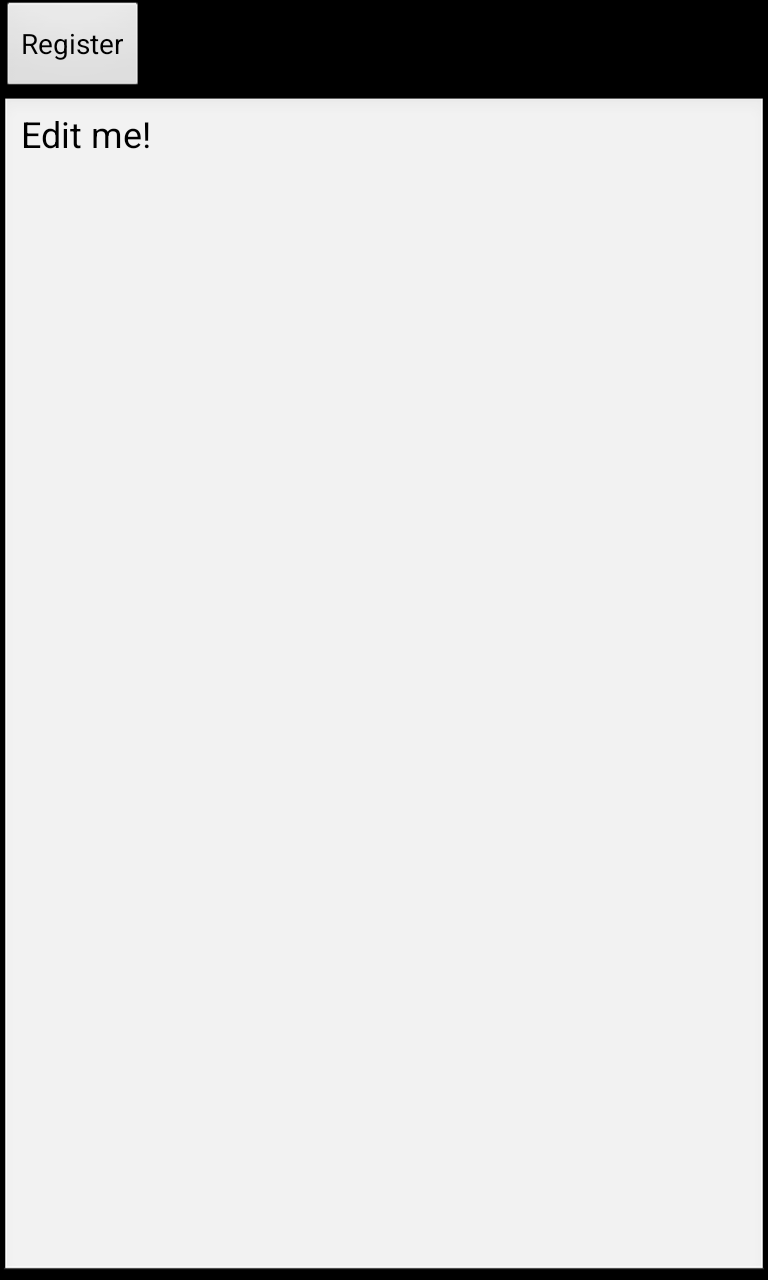
Repository: AjayTripathy/rice
Layout: android.rice.StickyNotesActivity/res/layout/main.xml
These files come from the project's save history. The layout is drawn as it stood at one moment and after the next save; the edit follows.
It is drawn on a 768 x 1280 px phone screen (xhdpi) without system bars, with theme android:Theme; the app's code is not run.

Above is the layout before, as saved 2012-07-22 08:46:55.

### android.rice.StickyNotesActivity/res/layout/main.xml
<?xml version="1.0" encoding="utf-8"?>
<LinearLayout xmlns:android="http://schemas.android.com/apk/res/android"
    android:orientation="vertical"
    android:layout_width="fill_parent"
    android:layout_height="fill_parent"
    >
    <LinearLayout android:layout_height="wrap_content" android:layout_width="match_parent" android:id="@+id/linearLayout1">
    </LinearLayout>

    <LinearLayout android:layout_height="wrap_content" android:layout_width="match_parent" android:id="@+id/linearLayout2">
        <Button android:layout_height="wrap_content" android:layout_width="wrap_content" android:id="@+id/get_tag_info" android:text="@string/get_tag_info"></Button>
    </LinearLayout>
<EditText android:layout_width="fill_parent" android:id="@+id/note" android:layout_height="fill_parent" android:gravity="top" android:text="@string/default_note_text"></EditText>
</LinearLayout>

### android.rice.StickyNotesActivity/res/values/strings.xml
<?xml version="1.0" encoding="utf-8"?>
<resources>
    <string name="hello">Hello World, StickyNotesActivity!</string>
    <string name="app_name">Rice!</string>
    <string name="write_to_tag">Write to Tag</string>
    <string name="default_note_text">Edit me!</string>
    <string name="get_tag_info">Register</string>
</resources>

After the next save:
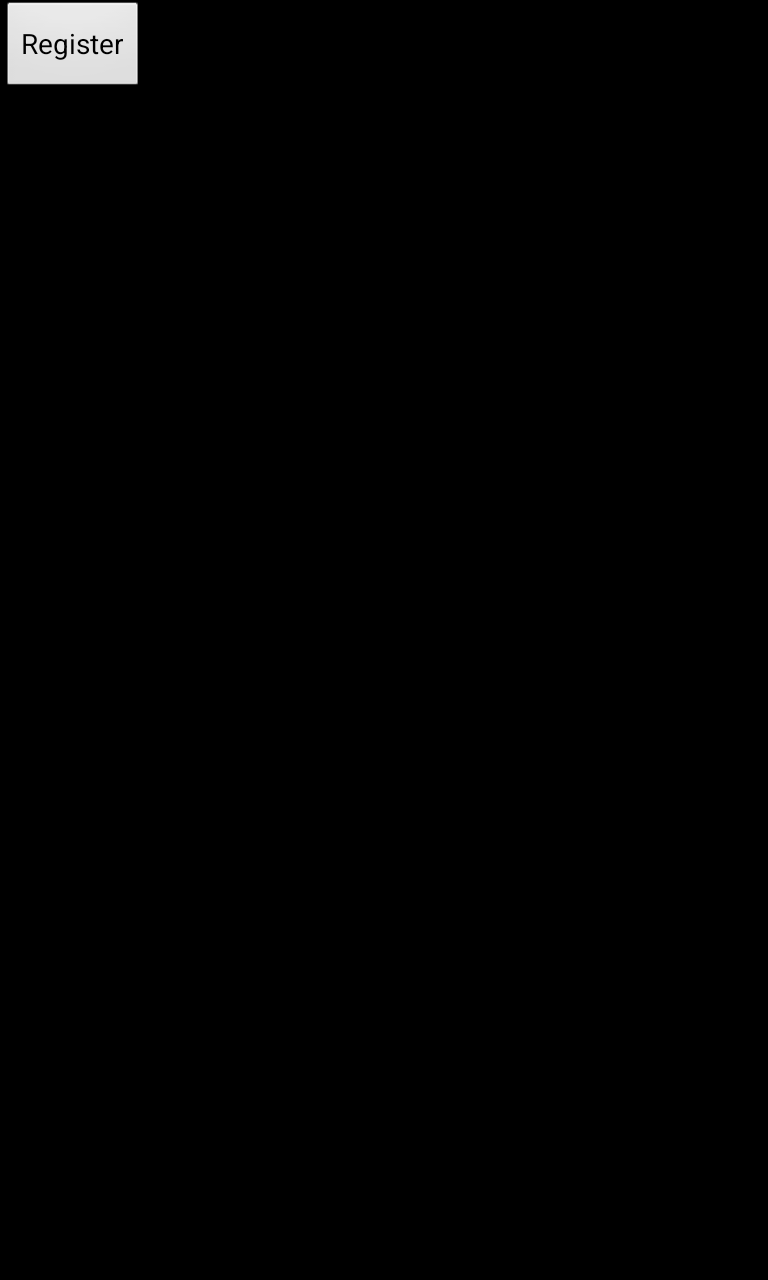
Saved 64 s later.
--- a/android.rice.StickyNotesActivity/res/layout/main.xml
+++ b/android.rice.StickyNotesActivity/res/layout/main.xml
@@ -10,5 +10,10 @@
     <LinearLayout android:layout_height="wrap_content" android:layout_width="match_parent" android:id="@+id/linearLayout2">
         <Button android:layout_height="wrap_content" android:layout_width="wrap_content" android:id="@+id/get_tag_info" android:text="@string/get_tag_info"></Button>
     </LinearLayout>
-<EditText android:layout_width="fill_parent" android:id="@+id/note" android:layout_height="fill_parent" android:gravity="top" android:text="@string/default_note_text"></EditText>
+<EditText
+    android:layout_width="fill_parent"
+    android:id="@+id/note"
+    android:layout_height="wrap_parent"
+    android:gravity="top"
+    android:text="@string/default_note_text"></EditText>
 </LinearLayout>

After the 2 saves that followed:
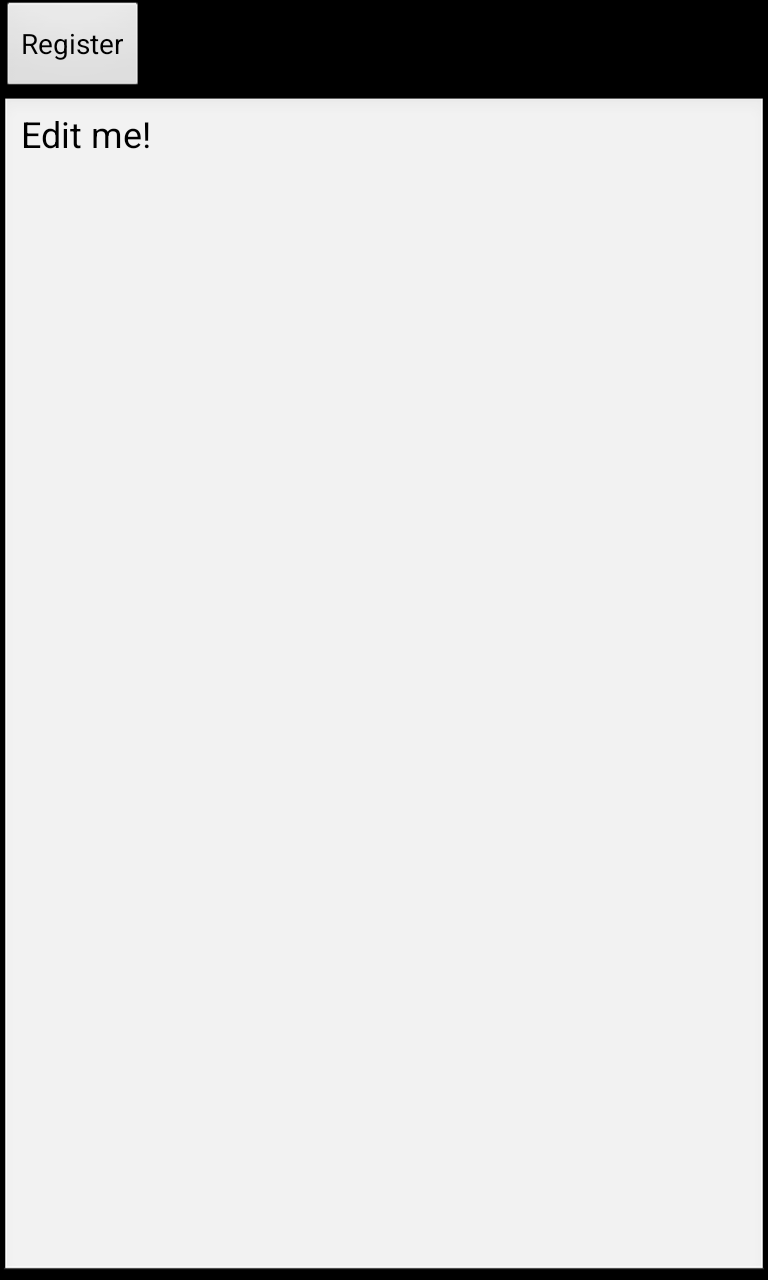
The 2 saves are shown as one change because 1 left the picture as it was.
The last was saved 3 min 24 s later.
--- a/android.rice.StickyNotesActivity/res/layout/main.xml
+++ b/android.rice.StickyNotesActivity/res/layout/main.xml
@@ -4,8 +4,8 @@
     android:layout_width="fill_parent"
     android:layout_height="fill_parent"
     >
-    <LinearLayout android:layout_height="wrap_content" android:layout_width="match_parent" android:id="@+id/linearLayout1">
-    </LinearLayout>
+    <!--  <LinearLayout android:layout_height="wrap_content" android:layout_width="match_parent" android:id="@+id/linearLayout1">
+    </LinearLayout> -->
 
     <LinearLayout android:layout_height="wrap_content" android:layout_width="match_parent" android:id="@+id/linearLayout2">
         <Button android:layout_height="wrap_content" android:layout_width="wrap_content" android:id="@+id/get_tag_info" android:text="@string/get_tag_info"></Button>
@@ -13,7 +13,7 @@
 <EditText
     android:layout_width="fill_parent"
     android:id="@+id/note"
-    android:layout_height="wrap_parent"
+    android:layout_height="fill_parent"
     android:gravity="top"
     android:text="@string/default_note_text"></EditText>
 </LinearLayout>
